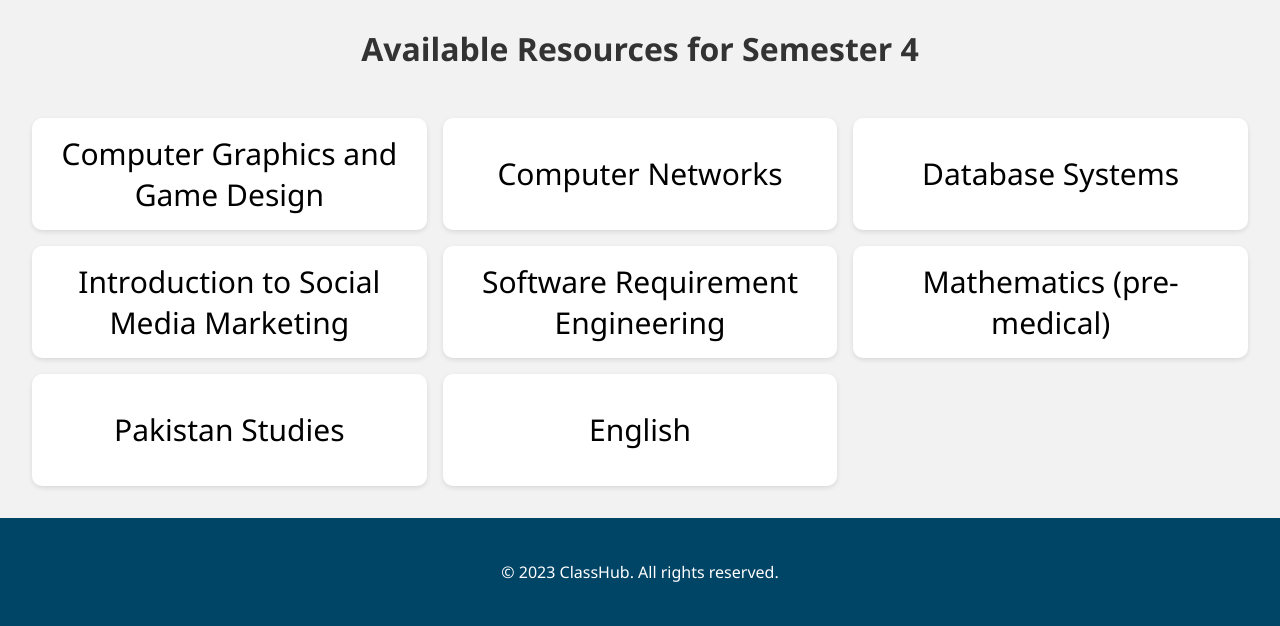
Repository: MariamSawera/eduNova
Page: semester4.html
The author's editor kept a copy of each file at every save. The page is drawn from the files as they stood at one save, then again after the next save.
The browser window is 1280 px wide. The pictures show the part of the page from y = 294 to 920 px (the page is 920 px tall before and 792 px after).

Above is the page before, as saved 2025-07-21 22:02:55.

After the next save:
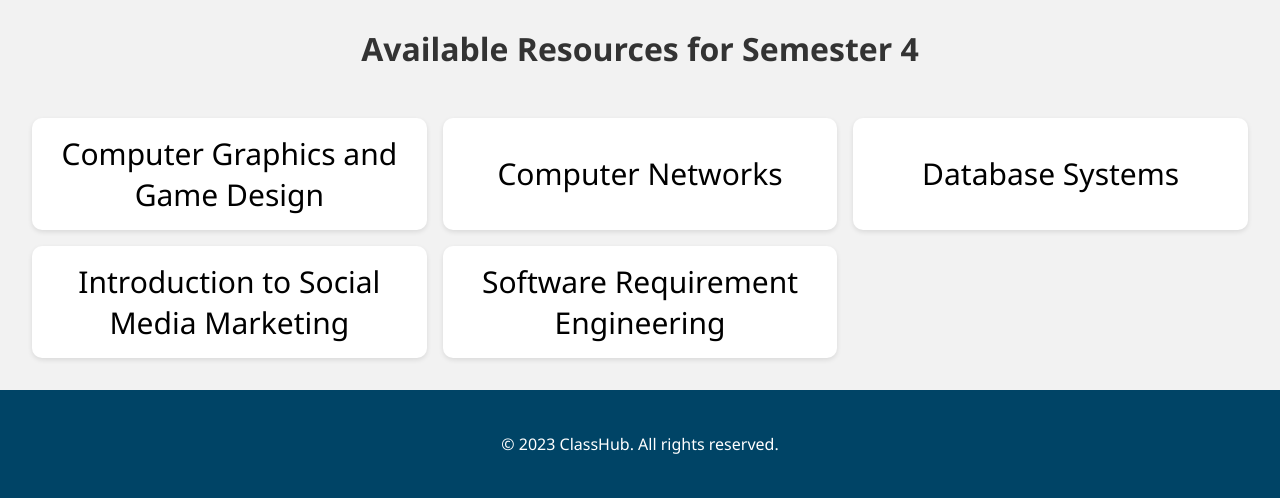
Saved 21 s later.
--- a/semester4.html
+++ b/semester4.html
@@ -35,9 +35,6 @@
         <div class="link-card" style="color: black;"><a href="https://drive.google.com/drive/folders/1lcRW6QM-7lN1Q2JGaxVQgww4o5q1omQZ?usp=drive_link" target="_blank">Database Systems</a></div>
         <div class="link-card" style="color: black;"><a href="https://drive.google.com/drive/folders/1D6mPczQJfUwT6vL1QbY3Jk_4r3c7XMfn?usp=drive_link" target="_blank">Introduction to Social Media Marketing</a></div>
         <div class="link-card" style="color: black;"><a href="https://drive.google.com/drive/folders/1D-agb7Fdpg2ptXIX9uhW_dFUyDXH_GQp?usp=drive_link" target="_blank">Software Requirement Engineering</a></div>
-        <div class="link-card" style="color: black;"><a href="https://drive.google.com/drive/folders/10l_7g8jQ9fqraMbjIqZynxW4N8hcbFr2?usp=drive_link" target="_blank">Mathematics (pre-medical)</a></div>
-        <div class="link-card" style="color: black;"><a href="https://drive.google.com/drive/folders/1013mME8j22eaJip78wbZ1QB-dDGhfw2A?usp=drive_link" target="_blank">Pakistan Studies</a></div>
-        <div class="link-card" style="color: black;"><a href="https://drive.google.com/drive/folders/10gWOP3mKbQupVoY0L6sB0ZBs8oteaTOw?usp=drive_link"target="_blank">English</a></div>
     </div>
 
 
